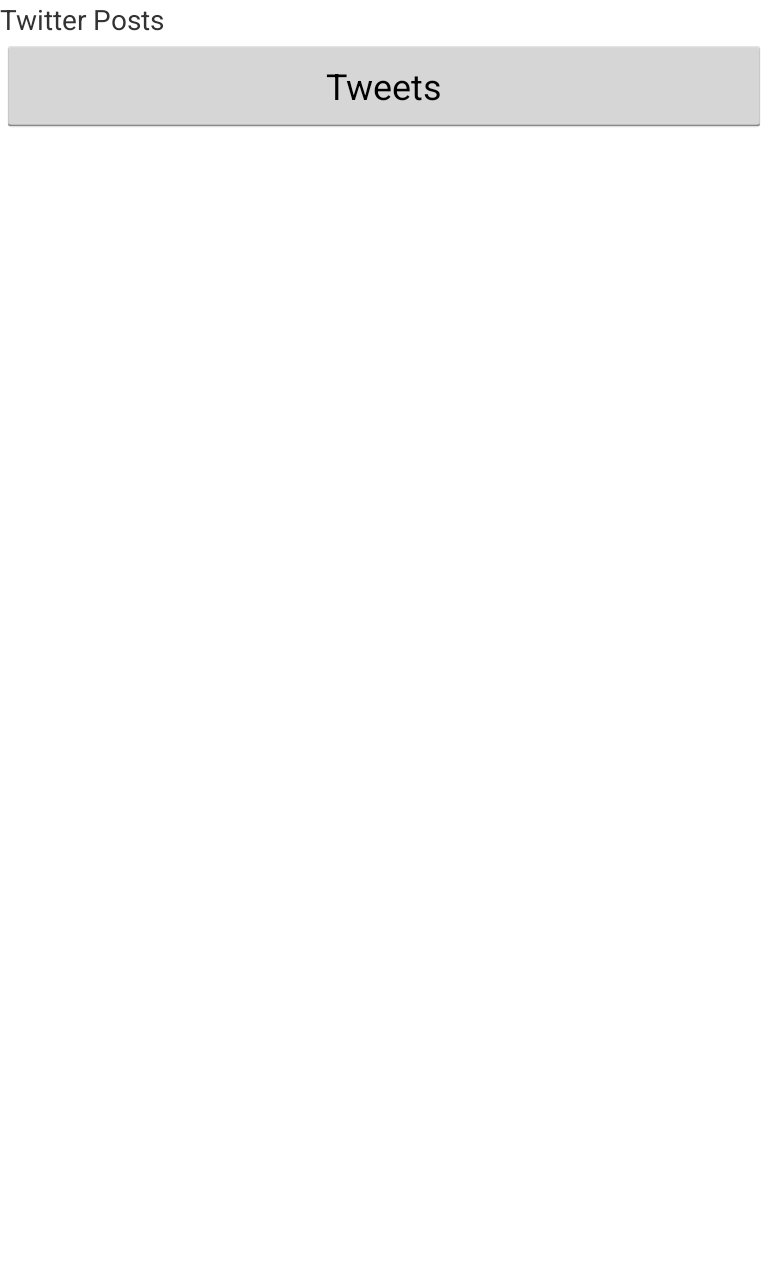
Repository: jdrogers73/GitRepository
Layout: TheKillersBattlebornTour/res/layout/layout_twitter.xml
The author's editor kept a copy of each file at every save. The layout is drawn from the files as they stood at one save, then again after the next save.
It is drawn on a 768 x 1280 px phone screen (xhdpi) without system bars, with theme AppTheme; the app's code is not run.

Above is the layout before, as saved 2013-07-30 15:41:25.

After the next save:
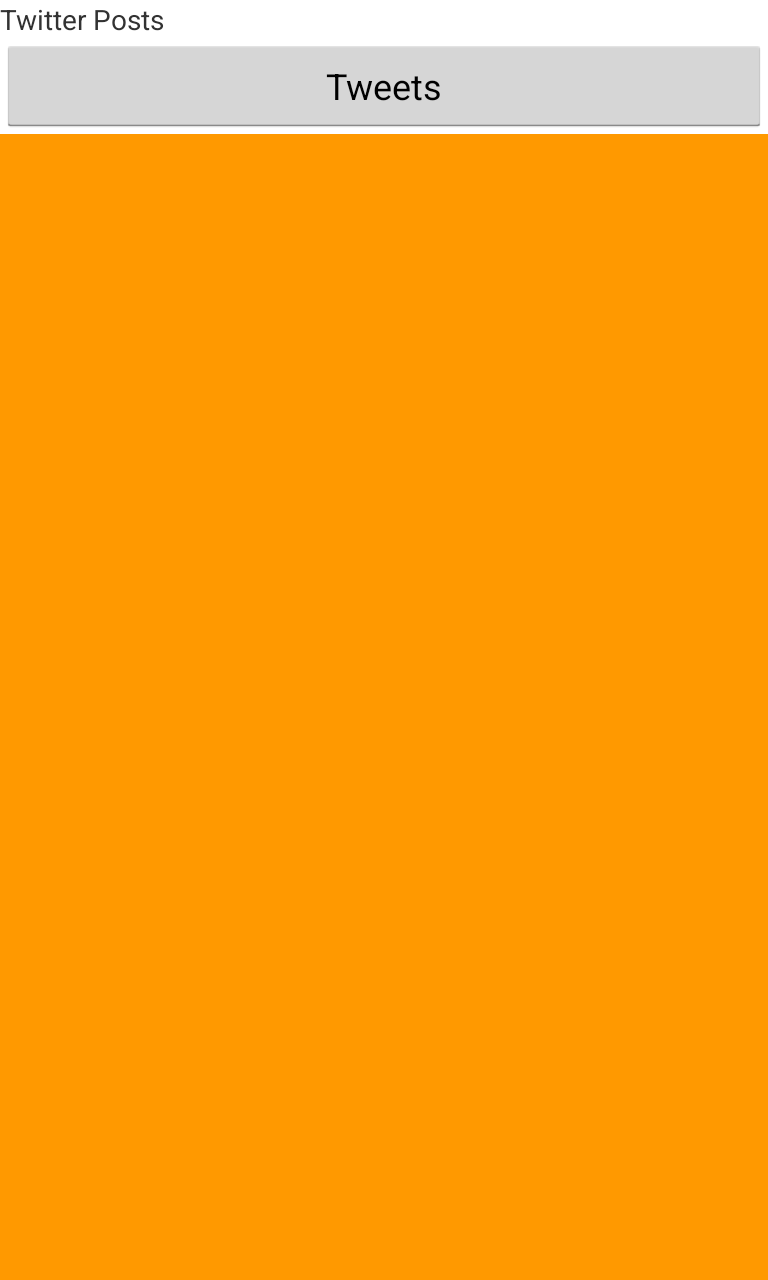
Saved 27 s later.
--- a/TheKillersBattlebornTour/res/layout/layout_twitter.xml
+++ b/TheKillersBattlebornTour/res/layout/layout_twitter.xml
@@ -26,6 +26,6 @@
         android:id="@+id/textview_tweets"
         android:layout_width="match_parent"
         android:layout_height="match_parent"
-        android:background="" />
+        android:background="@color/orange" />
 
 </LinearLayout>
--- a/TheKillersBattlebornTour/res/values/colors.xml
+++ b/TheKillersBattlebornTour/res/values/colors.xml
@@ -1,4 +1,4 @@
 <?xml version="1.0" encoding="UTF-8"?>
     <resources>
-        <color name="Orange">#FF9900</color>
+        <color name="orange">#FF9900</color>
     </resources>
